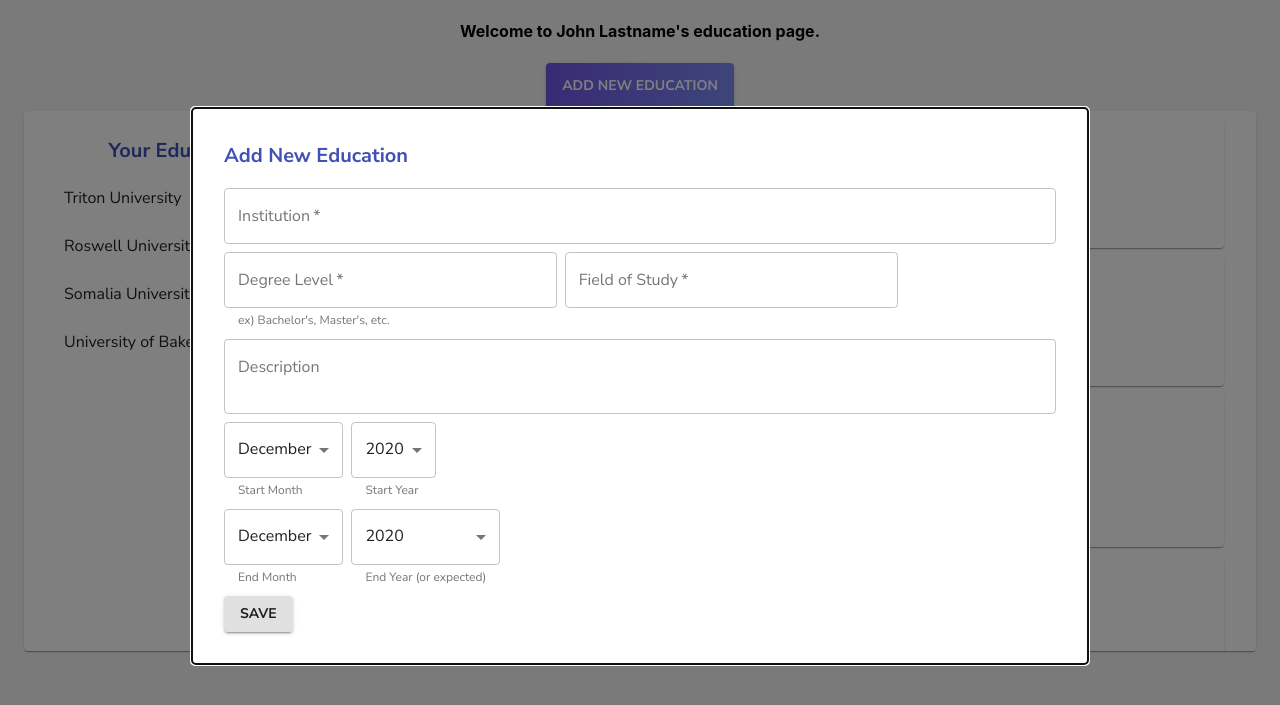
Repository: noellered/Showwcase-React-Challenge
Page: / (app in showwcase-education-react/), after clicking the first element matching `button.MuiButtonBase-root`
These files come from the project's save history. The page is drawn as it stood at one moment and after the next save; the edit follows.
The browser window is 1280 px wide. The pictures show the whole page.
The page's requests for data from a server got no answer. An inner scrolling area shows only its first screen. The project was rebuilt for these pictures with package versions that can differ from the ones it lists, and the page was loaded fresh each time. No one was signed in, and anything a server would have sent is missing. Also part of the build but not shown: showwcase-education-react/src/components/Home.tsx.

Above is the page before, as saved 2020-12-17 17:33:35.

After the next save:
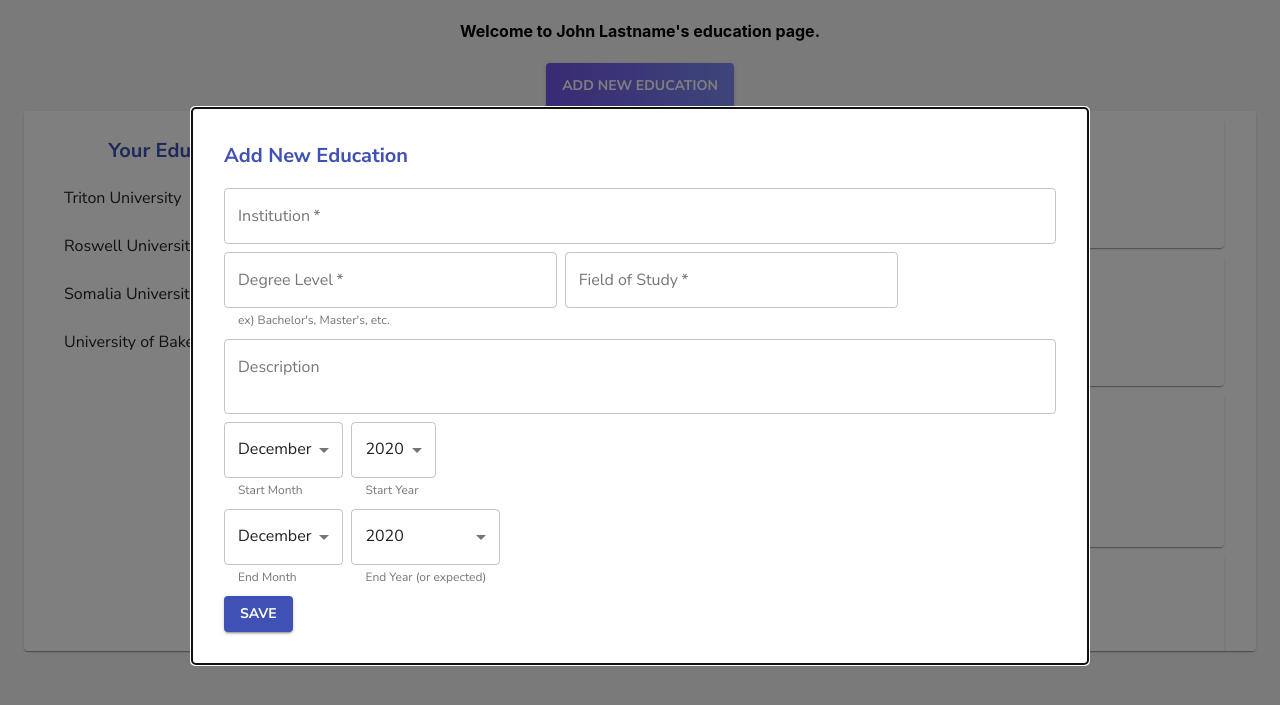
Saved 15 s later.
--- a/showwcase-education-react/src/components/education/EducationModalContent.tsx
+++ b/showwcase-education-react/src/components/education/EducationModalContent.tsx
@@ -176,7 +176,7 @@ const EducationModalContent:FunctionComponent<{handleUpdate: any}>= ({ handleUpd
                     <MonthPicker className={`${classes.input} ${classes.mr}`} label="End Month" id="endMonth" onChange={(e)=> setEnd({...end, month: e.target.value})}/>
                     <YearPicker className={`${classes.input} ${classes.mr}`} label="End Year (or expected)" id="endYear" onChange={(e)=> setEnd({...end, year: e.target.value})}/>
                 </div>
-                <Button variant="contained" className={classes.button} type="submit" >Save</Button>
+                <Button variant="contained" className={classes.button} color="primary" type="submit" >Save</Button>
             </form>
         </div>
     )
